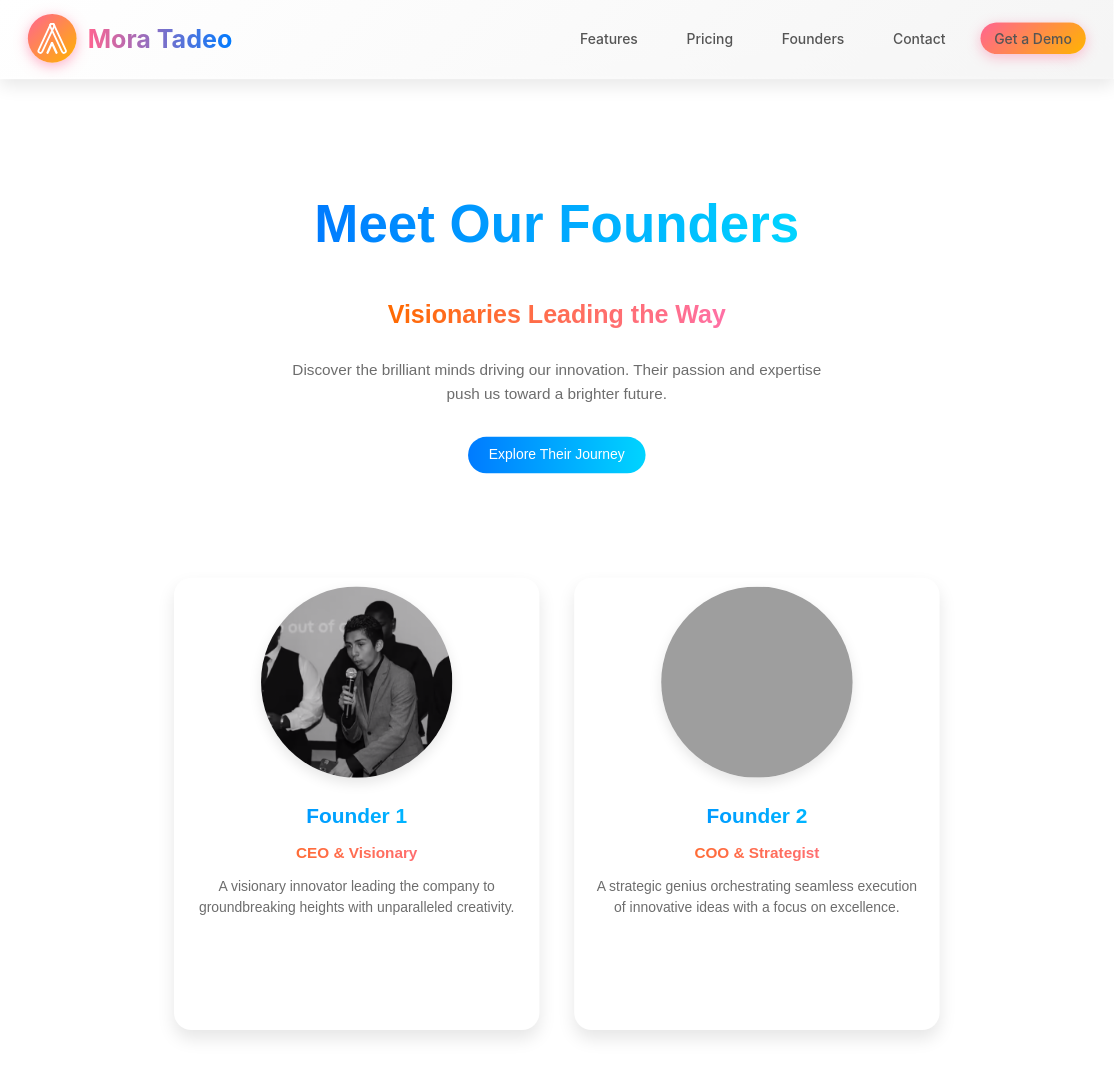
Repository: AbrahamM007/moratadeo
Page: /founders
The author's editor kept a copy of each file at every save. The page is drawn from the files as they stood at one save, then again after the next save.
The browser window is 1280 px wide. The pictures show the whole page, at 87% of full size.
Pictures or frames that could not be fetched are drawn as grey boxes. The project was rebuilt for these pictures with package versions that can differ from the ones it lists, and the page was loaded fresh each time. Also part of the build but not shown: src/HeroSection.css, src/HeroSection.js, src/InfoSection.css, src/InfoSection.js, src/RoadmapSection.css, src/RoadmapSection.js, src/DesignPhaseSection.js, src/HeroBanner.js and 7 more.

Above is the page before, as saved 2025-01-12 22:45:24.

### public/index.html
<!DOCTYPE html>
<html lang="en">
  <head>
    <meta charset="utf-8" />
    <link rel="icon" href="mora.png" />
    <meta name="viewport" content="width=device-width, initial-scale=1" />
    <meta name="theme-color" content="#000000" />

    <link rel="apple-touch-icon" href="mora.png" />
    <link rel="manifest" href="%PUBLIC_URL%/manifest.json" />

    <!-- SEO Meta Tags -->
    <meta name="title" content="Mora Tadeo | Development Firm" />
    <meta name="description" content="Mora Tadeo is a leading development firm offering cutting-edge solutions in web development, app design, and technology innovation to elevate your business." />
    <meta name="keywords" content="development firm, web development, app design, Mora Tadeo, software solutions, technology innovation" />
    <meta name="author" content="Mora Tadeo" />
    <meta name="robots" content="index, follow" />
    <meta name="googlebot" content="index, follow" />

    <!-- Open Graph Meta Tags (for social sharing) -->
    <meta property="og:type" content="website" />
    <meta property="og:url" content="https://moratadeo.com" />
    <meta property="og:title" content="Mora Tadeo | Development Firm" />
    <meta property="og:description" content="Discover innovative web and app development solutions with Mora Tadeo. Your trusted partner in driving technology forward." />
    <meta property="og:image" content="https://moratadeo.com/preview-image.png" />
    <meta property="og:site_name" content="Mora Tadeo" />

    <!-- Twitter Card Meta Tags -->
    <meta name="twitter:card" content="summary_large_image" />
    <meta name="twitter:url" content="https://moratadeo.com" />
    <meta name="twitter:title" content="Mora Tadeo | Development Firm" />
    <meta name="twitter:description" content="Mora Tadeo offers state-of-the-art development services to bring your business ideas to life. Partner with us for tailored solutions." />
    <meta name="twitter:image" content="https://moratadeo.com/preview-image.png" />

    <!-- Additional Metadata -->
    <meta name="msapplication-TileColor" content="#ffffff" />
    <meta name="msapplication-config" content="%PUBLIC_URL%/browserconfig.xml" />

    <!-- Title -->
    <title>Mora Tadeo | Development Firm</title>
  </head>
  <body>
    <noscript>You need to enable JavaScript to run this app.</noscript>
    <div id="root"></div>
  </body>
</html>

### src/App.js
import React from "react";
import { BrowserRouter as Router, Routes, Route } from "react-router-dom";
import Navbar from "./Navbar";
import HeroSection from "./HeroSection";
import InfoSection from "./InfoSection";
import RoadmapSection from "./RoadmapSection";
import DesignPhaseSection from "./DesignPhaseSection";
import HeroBanner from "./HeroBanner";
import Footer from "./Footer";
import PricingPage from "./PricingPage";
import ScrollToTop from "./ScrollToTop"; // Import the ScrollToTop component

// Import both FeaturesPage and FeaturePage from the merged file
import { FeaturesPage, FeaturePage } from "./FeaturesPage";

// Import FoundersPage
import FoundersPage from "./FoundersPage";

function App() {
  return (
    <Router>
      <ScrollToTop /> {/* Ensures scroll resets to top on route change */}
      <div className="App">
        <Navbar />
        <Routes>
          {/* Home Page */}
          <Route
            path="/"
            element={
              <>
                <HeroSection />
                <InfoSection />
                <RoadmapSection />
                {/* <HeroBanner /> */}
                <DesignPhaseSection />
                <Footer />
              </>
            }
          />
          {/* Features List */}
          <Route path="/features" element={<FeaturesPage />} />
          {/* Dynamic Feature Detail Page */}
          <Route path="/features/:featureId" element={<FeaturePage />} />
          {/* Pricing Page */}
          <Route path="/pricing" element={<PricingPage />} />
          {/* Founders Page */}
          <Route path="/founders" element={<FoundersPage />} />
        </Routes>
      </div>
    </Router>
  );
}

export default App;

### src/Navbar.js
import React, { useState, useEffect } from "react";
import { Link } from "react-router-dom";
import "./Navbar.css";
import logo from './mora.svg';


const Navbar = () => {
  const [scrolled, setScrolled] = useState(false);
  const [menuOpen, setMenuOpen] = useState(false);

  useEffect(() => {
    const handleScroll = () => {
      setScrolled(window.scrollY > 50);
    };

    window.addEventListener("scroll", handleScroll);
    return () => {
      window.removeEventListener("scroll", handleScroll);
    };
  }, []);

  const toggleMenu = () => {
    setMenuOpen(!menuOpen);
  };

  return (
    <header className={`navbar ${scrolled ? "scrolled" : ""}`}>
      <Link to="/" className="navbar-logo-link">
        <div className="navbar-logo-container">
          <div className="navbar-logo-icon">
          <img src={logo} alt="Logo" className="navbar-logo-image" />

          </div>
          <span className="navbar-logo-text">Mora Tadeo</span>
        </div>
      </Link>
      <button className="navbar-toggle" onClick={toggleMenu}>
        <span className={`hamburger ${menuOpen ? "open" : ""}`}></span>
      </button>
      <nav className={`navbar-menu ${menuOpen ? "open" : ""}`}>
        <Link to="/features" onClick={toggleMenu}>
          Features
        </Link>
        <Link to="/pricing" onClick={toggleMenu}>
          Pricing
        </Link>
        <Link to="/founders" onClick={toggleMenu}>
          Founders
        </Link>
        <a href="https://calendly.com/mora78606/30min?month=2025-01" onClick={toggleMenu}>
          Contact
        </a>
        <a href="https://calendly.com/mora78606/30min?month=2025-01" className="navbar-highlight" onClick={toggleMenu}>
          Get a Demo
        </a>
      </nav>
    </header>
  );
};

export default Navbar;

### src/ScrollToTop.js
import { useEffect } from "react";
import { useLocation } from "react-router-dom";

const ScrollToTop = () => {
  const { pathname } = useLocation();

  useEffect(() => {
    window.scrollTo(0, 0); // Scroll to the top-left of the page
  }, [pathname]);

  return null; // This component does not render anything
};

export default ScrollToTop;

### src/FoundersPage.js
import React from "react";
import "./FoundersPage.css";

// Import images
import founder1Image from "./abraham.png";
import founder2Image from "./IMG_1554.JPG";

// Data for founders
const founders = [
  {
    name: "Founder 1",
    title: "CEO & Visionary",
    bio: "A visionary innovator leading the company to groundbreaking heights with unparalleled creativity.",
    image: founder1Image,
  },
  {
    name: "Founder 2",
    title: "COO & Strategist",
    bio: "A strategic genius orchestrating seamless execution of innovative ideas with a focus on excellence.",
    image: founder2Image,
  },
];

const FoundersPage = () => {
  return (
    <div className="founders-page">
      {/* Hero Section */}
      <section className="founders-hero">
        <h1 className="founders-hero-title">Meet Our Founders</h1>
        <h2 className="founders-hero-subtitle">Visionaries Leading the Way</h2>
        <p className="hero-paragraph">
          Discover the brilliant minds driving our innovation. Their passion and
          expertise push us toward a brighter future.
        </p>
        <button className="hero-button">Explore Their Journey</button>
      </section>

      {/* Founders Section */}
      <div className="founders-container">
        {founders.map((founder, index) => (
          <div className="founder-card" key={index}>
            <div className="founder-image-container">
              <img
                src={founder.image}
                alt={`${founder.name}`}
                className="founder-image"
              />
            </div>
            <h2 className="founder-name">{founder.name}</h2>
            <h3 className="founder-title">{founder.title}</h3>
            <p className="founder-bio">{founder.bio}</p>
          </div>
        ))}
      </div>
    </div>
  );
};

export default FoundersPage;

### src/Navbar.css
/* Navbar Container */
.navbar {
    display: flex;
    justify-content: space-between;
    align-items: center;
    padding: 1rem 2rem;
    background: linear-gradient(135deg, #ffffff, #f5f5f5);
    box-shadow: 0 8px 20px rgba(0, 0, 0, 0.1);
    position: sticky;
    top: 0;
    z-index: 1000; /* Ensures navbar stays on top */
    transition: all 0.3s ease;
    border-bottom: 3px solid transparent;
  }

  /* Navbar on Scroll */
  .navbar.scrolled {
    background: #ffffff; /* Plain white background on scroll */
    box-shadow: 0 8px 25px rgba(0, 0, 0, 0.2);
    border-bottom: 3px solid #ddd; /* Subtle border for scroll effect */
    transform: scale(1.01);
  }

  /* Logo Link */
  .navbar-logo-link {
    display: flex;
    align-items: center;
    text-decoration: none; /* Removes underline */
    cursor: pointer;
  }

  /* Logo Container */
  .navbar-logo-container {
    display: flex;
    align-items: center;
    gap: 0.8rem;
  }

  /* Logo Icon */
  .navbar-logo-icon {
    display: flex;
    align-items: center;
    justify-content: center;
    background: linear-gradient(135deg, #ff6491, #ffb400);
    color: #fff;
    font-size: 2rem;
    font-weight: bold;
    height: 3.5rem;
    width: 3.5rem;
    border-radius: 50%;
    box-shadow: 0 4px 15px rgba(255, 100, 145, 0.5);
    transition: transform 0.3s ease;
  }

  .navbar-logo-icon:hover {
    transform: rotate(360deg) scale(1.1);
  }

  /* Logo Text */
  .navbar-logo-text {
    font-size: 1.8rem;
    font-weight: 700;
    color: #333;
    background: linear-gradient(90deg, #ff6491, #007bff);
    -webkit-background-clip: text;
    -webkit-text-fill-color: transparent;
  }

  /* Logo Hover Effect */
  .navbar-logo-link:hover .navbar-logo-container {
    transform: scale(1.05);
    transition: transform 0.3s ease;
  }

  /* Navbar Menu */
  .navbar-menu {
    display: flex;
    gap: 1.5rem;
    transition: transform 0.3s ease, opacity 0.3s ease;
  }

  /* Menu Links */
  .navbar-menu a {
    font-size: 1rem;
    font-weight: 500;
    text-decoration: none; /* Removes underline */
    color: #555;
    padding: 0.5rem 1rem;
    position: relative;
    transition: all 0.3s ease;
  }

  .navbar-menu a:hover {
    color: #ff6491;
  }

  .navbar-menu a::after {
    content: "";
    position: absolute;
    bottom: -5px;
    left: 0;
    width: 0;
    height: 3px;
    background: linear-gradient(90deg, #ff6491, #ffb400);
    transition: width 0.3s ease;
  }

  .navbar-menu a:hover::after {
    width: 100%;
  }

  /* Highlight Link */
  .navbar-highlight {
    font-weight: bold;
    padding: 0.8rem 1.5rem;
    color: #fff;
    background: linear-gradient(135deg, #ff6491, #ffb400);
    border-radius: 50px;
    box-shadow: 0 4px 15px rgba(255, 100, 145, 0.4);
    transition: transform 0.3s ease, background 0.3s ease;
  }

  .navbar-highlight:hover {
    transform: scale(1.1);
    background: linear-gradient(135deg, #ffb400, #ff6491);
  }

  /* Hamburger Menu */
  .navbar-toggle {
    display: none;
    background: none;
    border: none;
    cursor: pointer;
    padding: 0.5rem;
    z-index: 11;
  }

  .hamburger {
    width: 1.5rem;
    height: 2px;
    background: #333;
    position: relative;
    transition: all 0.3s ease;
  }

  .hamburger::before,
  .hamburger::after {
    content: "";
    width: 1.5rem;
    height: 2px;
    background: #333;
    position: absolute;
    left: 0;
    transition: all 0.3s ease;
  }

  .hamburger::before {
    top: -6px;
  }

  .hamburger::after {
    top: 6px;
  }

  .hamburger.open {
    background: transparent;
  }

  .hamburger.open::before {
    transform: rotate(45deg);
    top: 0;
  }

  .hamburger.open::after {
    transform: rotate(-45deg);
    top: 0;
  }
  .navbar-logo-image {
    height: 2.3rem; /* Adjust size to match your design */
    width: 2.3rem;
    /* border-radius: 50%; Optional: Make it circular */
    object-fit: cover; /* Ensures the image scales correctly */

    transition: transform 0.3s ease;
  }

  .navbar-logo-image:hover {
    transform: scale(1.1); /* Slight zoom on hover */
  }


  /* Responsive Menu */
  @media (max-width: 768px) {
    .navbar-menu {
      flex-direction: column;
      position: absolute;
      top: 100%;
      right: 0;
      background: linear-gradient(135deg, #ffffff, #f5f5f5);
      border-radius: 10px;
      box-shadow: 0 8px 20px rgba(0, 0, 0, 0.1);
      transform: translateY(-200%);
      opacity: 0;
      visibility: hidden;
      transition: transform 0.3s ease, opacity 0.3s ease, visibility 0.3s ease;
    }

    .navbar-menu.open {
      transform: translateY(0%);
      opacity: 1;
      visibility: visible;
    }

    .navbar-menu a {
      padding: 1rem;
      text-align: center;
    }

    .navbar-toggle {
      display: block;
    }
  }

### src/DesignPhaseSection.css


:root {
  --blue-color: #007bff;
  --orange-color: #ffb400;
  --gradient: linear-gradient(90deg, var(--blue-color), var(--orange-color));
  --bg-white: #ffffff;
  --line-color: rgba(0,0,0,0.1);
  --card-shadow: rgba(0, 0, 0, 0.1);
 }






 .single-phase-container {
  position: relative;
  width: 100%;
  height: 100vh;
  overflow: hidden;
 }


 /* Navigation Dots */
 .phase-navigation {
  position: absolute;
  bottom: 20px;
  left: 50%;
  transform: translateX(-50%);
  display: flex;
  gap: 15px;
  z-index: 3;
 }


 .nav-dot {
  width: 20px;
  height: 20px;
  border-radius: 50%;
  background: #fff;
  border: 3px solid var(--gradient);
  cursor: pointer;
  transition: transform 0.3s ease, background 0.3s ease;
 }


 .nav-dot.active {
  transform: scale(1.4);
  background: var(--gradient);
 }


 .nav-dot:hover {
  transform: scale(1.2);
 }


 /* Phase Section and Overlay */
 .phase-section {
  position: relative;
  width: 100vw;
  height: 100vh;

  display: flex;
  align-items: center;
  justify-content: center;
  overflow: hidden;
  transition: background 1s ease-in-out;
 }


 .phase-overlay {
  position: absolute;
  width: 120%;
  height: 120%;
  top: -10%;
  left: -10%;
  background: radial-gradient(circle, rgba(255,255,255,0.2), transparent);
  opacity: 0.5;
  pointer-events: none;
  animation: floatOverlay 20s ease-in-out infinite;
  z-index: 1;
 }


 @keyframes floatOverlay {
  0%, 100% { transform: translate(0, 0) rotate(0deg); }
  50% { transform: translate(20px, 20px) rotate(45deg); }
 }


 /* Phase Content with Shimmering Border */
 .phase-content {
  position: relative;
  z-index: 2;
  max-width: 600px;
  padding: 2rem;
  background: rgba(255,255,255,0.8);
  color: #333;
  border-radius: 15px;
  box-shadow: 0 10px 20px var(--card-shadow);
  text-align: center;
  opacity: 0;
  transform: translateY(20px);
  animation: contentFadeIn 1.5s forwards;
 }


 .phase-content::before {
  content: '';
  position: absolute;
  inset: 0;
  border-radius: inherit;
  background: var(--gradient);
  z-index: -1;
  filter: blur(15px);
  opacity: 0.6;
  transform: scale(1.1);
  animation: pulseBorder 3s ease-in-out infinite;
 }


 @keyframes pulseBorder {
  0%, 100% { filter: blur(15px); }
  50% { filter: blur(25px); }
 }


 @keyframes contentFadeIn {
  to { opacity: 1; transform: translateY(0); }
 }


 /* Icon and Text Styling */
 .icon {
  font-size: 4rem;
  margin-bottom: 1rem;
  background: var(--gradient);
  -webkit-background-clip: text;
  -webkit-text-fill-color: transparent;
  animation: spinIcon 10s linear infinite;
 }


 @keyframes spinIcon {
  from { transform: rotate(0deg); }
  to { transform: rotate(360deg); }
 }


 .phase-content h3 {
  font-size: 2rem;
  margin-bottom: 1rem;
  color: var(--blue-color);
 }


 .phase-content p {
  font-size: 1.2rem;
  line-height: 1.6;
  color: #333;
 }


 /* Unique abstract backgrounds and animations for each phase */
 .phase-0 {
  background: radial-gradient(circle at center, rgba(0,123,255,0.1), var(--bg-white)),
              radial-gradient(circle at bottom right, rgba(255,180,0,0.1), transparent);
  animation: bgAnim0 15s ease-in-out infinite;
 }
 .phase-1 {
  background: radial-gradient(circle at top left, rgba(0,123,255,0.1), transparent),
              radial-gradient(circle at bottom right, rgba(255,180,0,0.1), var(--bg-white));
  animation: bgAnim1 20s ease-in-out infinite;
 }
 .phase-2 {
  background: radial-gradient(circle at top right, rgba(0,123,255,0.1), transparent),
              radial-gradient(circle at bottom left, rgba(255,180,0,0.1), var(--bg-white));
  animation: bgAnim2 25s ease-in-out infinite;
 }
 .phase-3 {
  background: radial-gradient(circle at center, rgba(0,123,255,0.1), transparent),
              radial-gradient(circle at center, rgba(255,180,0,0.1), var(--bg-white));
  animation: bgAnim3 30s ease-in-out infinite;
 }


 @keyframes bgAnim0 {
  0%, 100% { background-position: 0% 0%, 100% 100%; }
  50% { background-position: 100% 0%, 0% 100%; }
 }
 @keyframes bgAnim1 {
  0%, 100% { background-position: 0% 100%, 100% 0%; }
  50% { background-position: 100% 100%, 0% 0%; }
 }
 @keyframes bgAnim2 {
  0%, 100% { background-position: 50% 50%, 50% 50%; }
  50% { background-position: 75% 25%, 25% 75%; }
 }
 @keyframes bgAnim3 {
  0%, 100% { background-position: 0% 0%, 100% 100%; }
  50% { background-position: 100% 0%, 0% 100%; }
 }


 /* Responsive adjustments */
 @media (max-width: 768px) {
  .phase-content { padding: 1.5rem; }
  .icon { font-size: 3.5rem; }
  .phase-content h3 { font-size: 1.8rem; }
  .phase-content p { font-size: 1rem; }
 }

### src/FoundersPage.css
/* General Page Styling */
.founders-page {
    font-family: "Arial", sans-serif;
    background: #ffffff;
    margin: 0;
    padding: 0;
    overflow-x: hidden;
  }

  /* Hero Section */
  .founders-hero {
    display: flex;
    flex-direction: column;
    align-items: center;
    justify-content: center;
    text-align: center;
    padding: 80px 20px;
    gap: 15px;
    position: relative;
  }

  .founders-hero-title {
    font-size: 3.8rem;
    font-weight: bold;
    line-height: 1.2;
    margin-bottom: 10px;
    background: linear-gradient(90deg, #007bff, #00d4ff);
    -webkit-background-clip: text;
    -webkit-text-fill-color: transparent;
  }

  .founders-hero-subtitle {
    font-size: 1.8rem;
    font-weight: bold;
    line-height: 1.3;
    margin-bottom: 15px;
    background: linear-gradient(90deg, #ff6a00, #ff70a6);
    -webkit-background-clip: text;
    -webkit-text-fill-color: transparent;
  }

  .hero-paragraph {
    font-size: 1.1rem;
    max-width: 650px;
    margin: 0 auto;
    color: #6d6d6d;
    line-height: 1.6;
  }

  .hero-button {
    font-size: 1rem;
    padding: 12px 24px;
    margin-top: 20px;
    background: linear-gradient(90deg, #007bff, #00d4ff);
    border: none;
    border-radius: 50px;
    color: #ffffff;
    cursor: pointer;
    transition: transform 0.2s, box-shadow 0.2s;
  }

  .hero-button:hover {
    transform: scale(1.05);
    box-shadow: 0px 10px 20px rgba(0, 0, 0, 0.15);
  }

  /* Founders Section */
  .founders-container {
    display: flex;
    flex-wrap: wrap;
    justify-content: center;
    gap: 40px;
    padding: 40px 20px;
  }

  .founder-card {
    background: #ffffff;
    border-radius: 20px;
    box-shadow: 0px 10px 20px rgba(0, 0, 0, 0.1);
    overflow: hidden;
    transition: transform 0.3s ease, box-shadow 0.3s ease;
    text-align: center;
    width: 400px;
    height: 500px;
    padding: 10px;
  }

  .founder-card:hover {
    transform: translateY(-8px);
    box-shadow: 0px 20px 40px rgba(0, 0, 0, 0.15);
  }

  /* Founder Image Styling */
  .founder-image-container {
    position: relative;
    width: 220px;
    height: 220px;
    overflow: hidden;
    border-radius: 50%;
    box-shadow: 0 6px 15px rgba(0, 0, 0, 0.1);
    margin: 0 auto 30px;
    /* border: 3px solid #00d4ff; Stylish border */
  }

  .founder-image {
    width: 100%;
    height: 100%;
    object-fit: cover; /* Ensure the image fits well inside the circular container */
  }

  /* Text Styling */
  .founder-name {
    font-size: 1.5rem;
    font-weight: bold;
    margin-top: 10px;
    margin-bottom: 5px;
    background: linear-gradient(90deg, #007bff, #00d4ff);
    -webkit-background-clip: text;
    -webkit-text-fill-color: transparent;
  }

  .founder-title {
    font-size: 1.1rem;
    font-weight: bold;
    margin-bottom: 8px;
    background: linear-gradient(90deg, #ff6a00, #ff70a6);
    -webkit-background-clip: text;
    -webkit-text-fill-color: transparent;
  }

  .founder-bio {
    font-size: 1rem;
    line-height: 1.5;
    color: #6d6d6d;
    margin-bottom: 15px;
    padding: 0 10px;
  }

  /* Responsive Design */
  @media (max-width: 768px) {
    .founders-hero-title {
      font-size: 3rem;
    }

    .founders-hero-subtitle {
      font-size: 1.4rem;
    }

    .founder-card {
      width: 90%;
    }
  }

Loaded but not shown: src/index.js (common file); src/index.css (common file); src/reportWebVitals.js (common file)

After the next save:
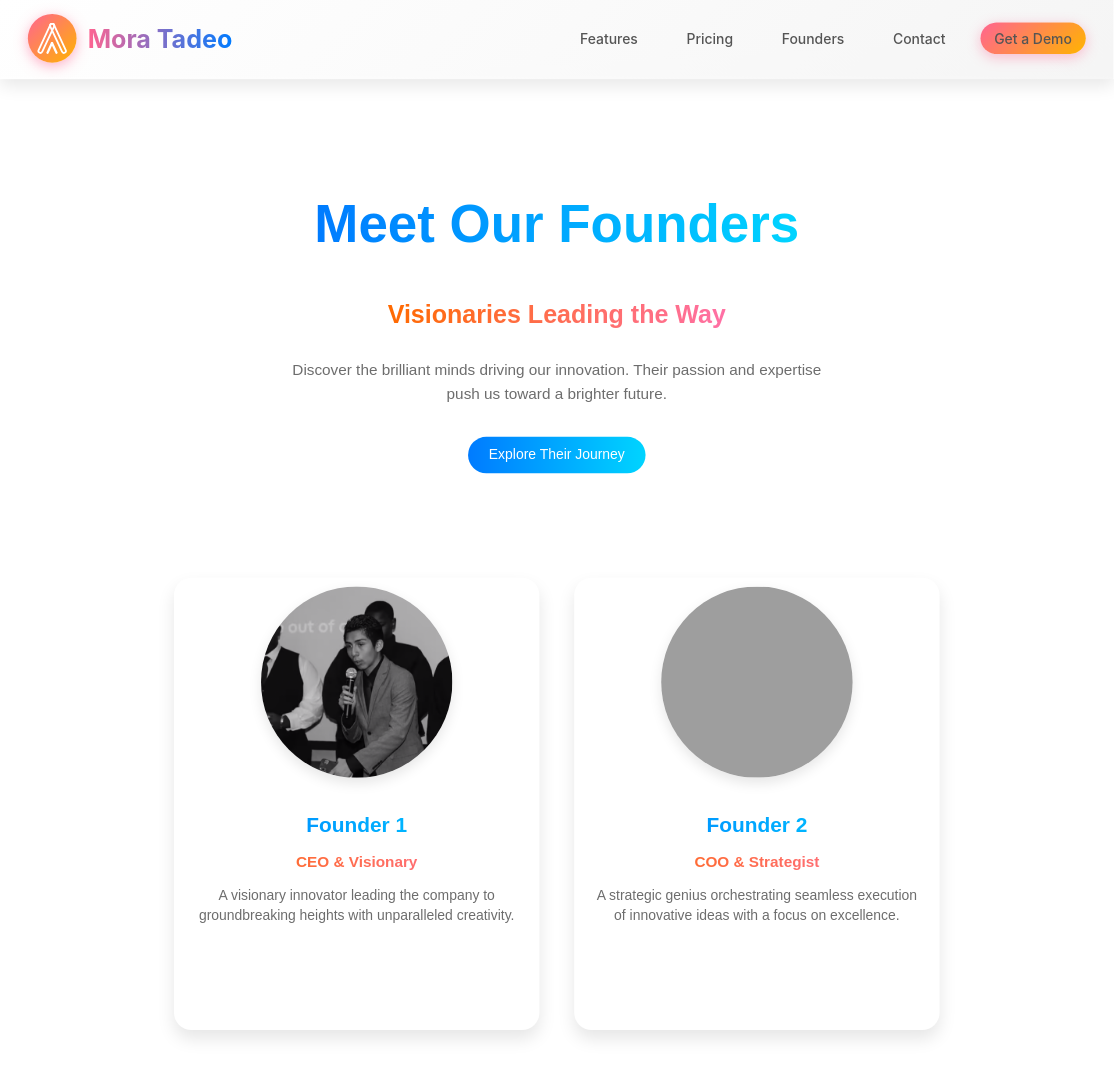
Saved 10 s later.
--- a/src/FoundersPage.css
+++ b/src/FoundersPage.css
@@ -98,7 +98,7 @@
     overflow: hidden;
     border-radius: 50%;
     box-shadow: 0 6px 15px rgba(0, 0, 0, 0.1);
-    margin: 0 auto 30px;
+    margin: 0 auto 40px;
     /* border: 3px solid #00d4ff; Stylish border */
   }
 
